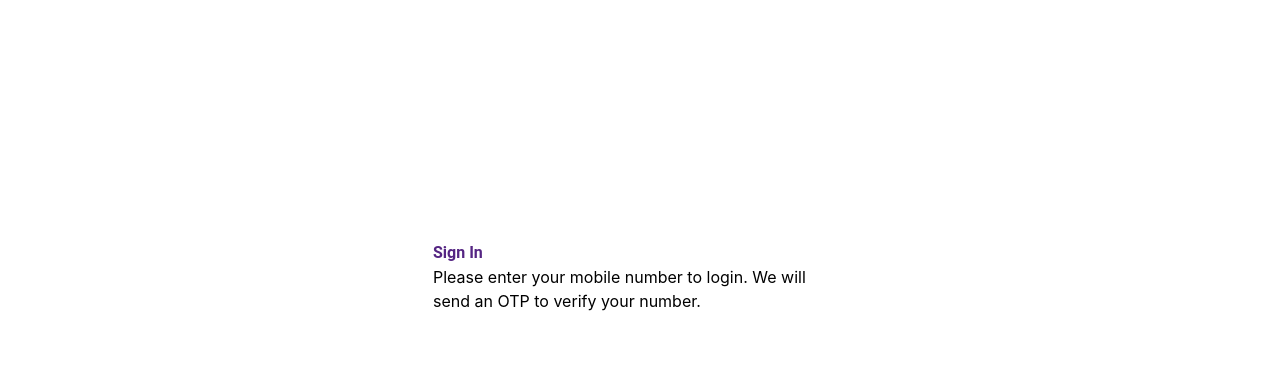
Repository: jayaprakash27/helloar-task
Page: /
An editor plug-in stored every save of this project. The page is shown before and after the next save, followed by the edit.
The browser window is 1280 px wide. The pictures show the whole page.
The project was rebuilt for these pictures with package versions that can differ from the ones it lists, and the page was loaded fresh each time.

Above is the page before, as saved 2023-10-26 22:45:16.

### src/App.js
import { Login } from "./components";

function App() {
  return (
    <>
    <Login />
    </>
  );
}

export default App;

### src/components/Login.jsx
import React, { useState } from 'react';
import './login.css';

function Login() {
  const [phoneNumber, setPhoneNumber] = useState('');

  const handleLogin = () => {
    const apiEndpoint = 'https://dev.api.goongoonalo.com/v1/auth/login';
    const requestBody = {
      phoneNumber: phoneNumber,
    };

    fetch(apiEndpoint, {
      method: 'POST',
      headers: {
        'Content-Type': 'application/json',
      },
      body: JSON.stringify(requestBody),
    })
      .then((response) => {
        if (response.ok) {
          return response.json();
        } else {
          // Handle API errors here
          throw new Error('Failed to send OTP');
        }
      })
      .then((data) => {
        // Handle the API response data
        console.log('OTP sent successfully:', data);

        // You can add code here to navigate to the OTP verification page or perform the next step as needed.
      })
      .catch((error) => {
        // Handle any error that occurred during the API request
        console.error('Error sending OTP:', error);
      });
  };


  return (
    <div className="login-page">
      <div className=' login-box'>
        <h1 className=" text-primary-color font-bold"> Sign In</h1>
        <p>Please enter your mobile number to login. We will send an OTP to verify your number.</p>
      </div>
    </div>
  );
}

export default Login;

### src/components/login.css
.login-page{
    background-color: white;
    width: 100vw;
    height: 100vh;
    display: flex;
    justify-content: center;
    align-items: center;
}
.login-box {
  width: 414px;
  height: 238px;
  top: 384px;
  left: 513px;
}
.login-box h1 {
  font-family: Roboto;
}

### tailwind.config.js
/** @type {import('tailwindcss').Config} */
module.exports = {
  content: [
    "./src/**/*.{js,jsx,ts,tsx}",
  ],
  theme: {
    extend: {
      colors: {
        "primary-color": "#552583",
      }
    },
  },
  plugins: [],
}

Loaded but not shown: public/index.html (common file); src/index.js (common file); src/index.css (common file); src/components/index.js (common file)

After the next save:
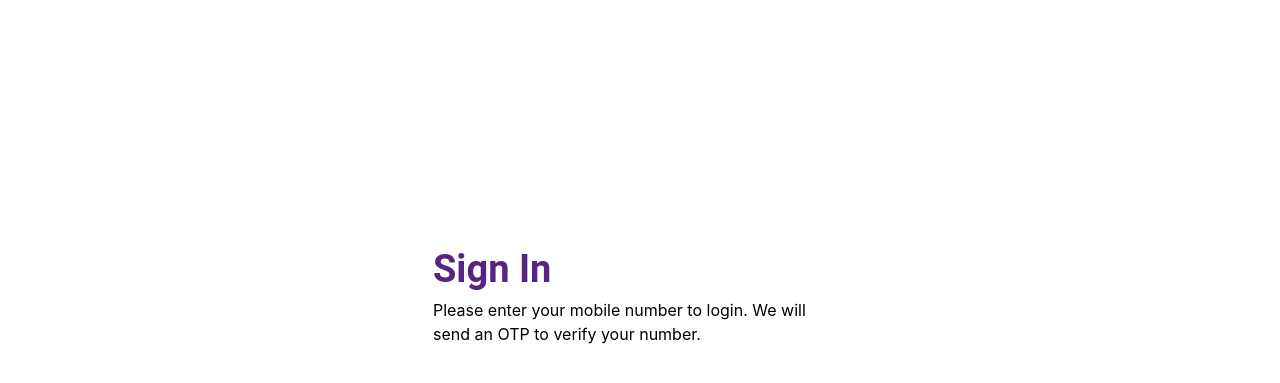
Saved 16 s later.
--- a/src/components/login.css
+++ b/src/components/login.css
@@ -14,4 +14,5 @@
 }
 .login-box h1 {
   font-family: Roboto;
+  font-size: 38px;
 }
